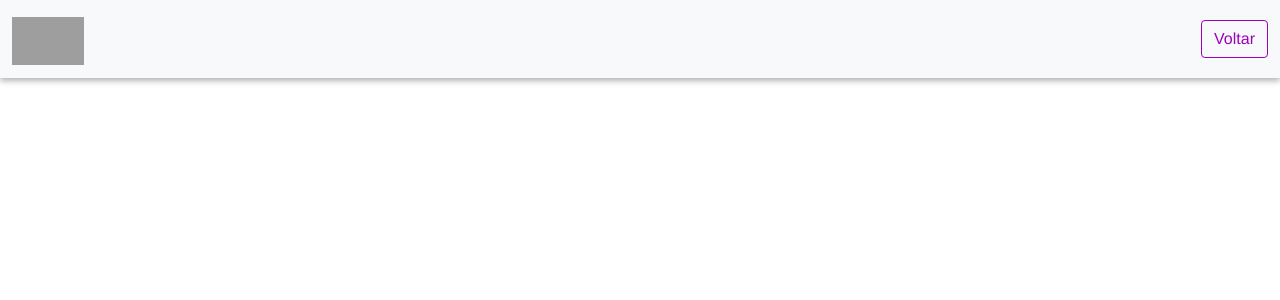
Repository: LuismGil/Countries-list
Page: /
An editor plug-in stored every save of this project. The page is shown before and after a run of saves, followed by the edit.
The browser window is 1280 px wide. The pictures show the whole page.
The pointer rests on the first visible `.btn-color`.
Pictures or frames that could not be fetched are drawn as grey boxes. The project was rebuilt for these pictures with package versions that can differ from the ones it lists, and the page was loaded fresh each time.

Above is the page before, as saved 2021-05-22 19:06:46.

### public/index.html
<!DOCTYPE html>
<html lang="">
  <head>
    <meta charset="utf-8">
    <meta http-equiv="X-UA-Compatible" content="IE=edge">
    <meta name="viewport" content="width=device-width,initial-scale=1.0">
    <link rel="icon" href="<%= BASE_URL %>favicon.ico">
    <link href="https://cdn.jsdelivr.net/npm/bootstrap@5.0.1/dist/css/bootstrap.min.css" rel="stylesheet" integrity="sha384-+0n0xVW2eSR5OomGNYDnhzAbDsOXxcvSN1TPprVMTNDbiYZCxYbOOl7+AMvyTG2x" crossorigin="anonymous">
    <title><%= htmlWebpackPlugin.options.title %></title>
  </head>
  <body>
    <noscript>
      <strong>We're sorry but <%= htmlWebpackPlugin.options.title %> doesn't work properly without JavaScript enabled. Please enable it to continue.</strong>
    </noscript>
    <div id="app"></div>
    <!-- built files will be auto injected -->
  </body>
</html>

### src/App.vue
<template>
  <div id="app">
    <mv-header />

  </div>
</template>

<script>
import MvHeader from './components/MvHeader.vue';

export default {
  name: 'App',
  components: {
    MvHeader,
  },
};
</script>

<style>
#app {
  color: #2c3e50;
  font-family: Avenir, Helvetica, Arial, sans-serif;
  -webkit-font-smoothing: antialiased;
  -moz-osx-font-smoothing: grayscale;
  text-align: center;
}
</style>

### src/components/MvHeader.vue
<template>
<div>
  <nav class="navbar navbar-light bg-light navbar-shadow">
  <div class="container-fluid">
    <a class="navbar-brand" href="#">
      <img src="https://mova.vc/img/footer_mova.svg" alt="Mova Logo" width="72" height="48" class="d-inline-block align-text-top">
    </a>
    <mv-button></mv-button>
  </div>
  </nav>
</div>
</template>

<script>
import MvButton from './MvButton.vue';

export default {
  name: 'MvHeader',
  components: {
    MvButton,
  },

};
</script>

<style>
.navbar-shadow {
  box-shadow: 0px 3px 6px 0px #b6b2b2;
}
</style>

### src/components/MvButton.vue
<template>
  <div>
    <button type="button" class="btn btn-outline btn-color">Voltar</button>
  </div>
</template>

<script>
export default {

};
</script>

<style>
.btn-color {
  border-color: rgb(155, 0, 186);
  color: rgb(155, 0, 186);
}

.btn-color:hover {
  color: rgb(155, 0, 186);
  background-color: ;
}

</style>

Loaded but not shown: src/main.js (common file)

After the next 3 saves:
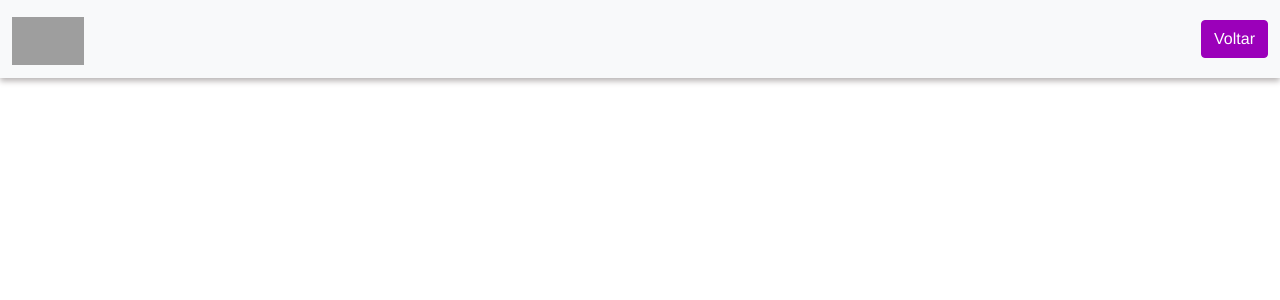
The 3 saves are shown as one change because 1 did not build or start and some came seconds apart.
The last was saved 19 s later.
--- a/src/components/MvButton.vue
+++ b/src/components/MvButton.vue
@@ -17,8 +17,8 @@ export default {
 }
 
 .btn-color:hover {
-  color: rgb(155, 0, 186);
-  background-color: ;
+  color: #fff;
+  background-color: rgb(155, 0, 186);
 }
 
 </style>
